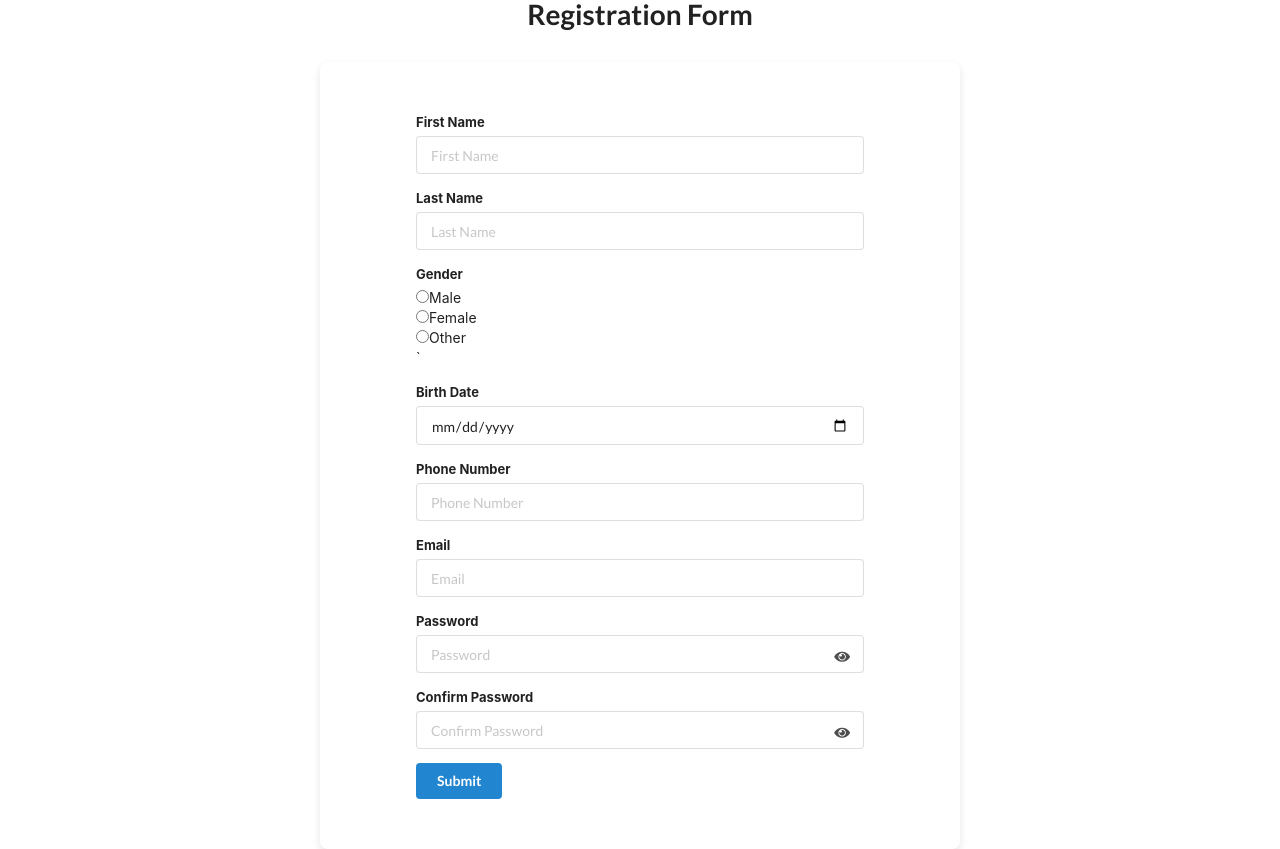
Repository: Wahid137/registration-form
Page: /
These files come from the project's save history. The page is drawn as it stood at one moment and after the next save; the edit follows.
The browser window is 1280 px wide. The pictures show the whole page.
The project was rebuilt for these pictures with package versions that can differ from the ones it lists, and the page was loaded fresh each time. Also part of the build but not shown: src/App.css.

Above is the page before, as saved 2024-05-01 14:07:27.

### src/index.js
import React from 'react';
import ReactDOM from 'react-dom/client';
import 'semantic-ui-css/semantic.min.css';
import App from './App';
import './index.css';
import reportWebVitals from './reportWebVitals';

const root = ReactDOM.createRoot(document.getElementById('root'));
root.render(
  <React.StrictMode>
    <App />
  </React.StrictMode>
);

// If you want to start measuring performance in your app, pass a function
// to log results (for example: reportWebVitals(console.log))
// or send to an analytics endpoint. Learn more: https://bit.ly/CRA-vitals
reportWebVitals();

### src/App.js
import { Header } from 'semantic-ui-react';
import './App.css';
import Register from './components/Register';

function App() {
  return (
    <div className="App">
      <Header as='h1' textAlign='center'>
        Registration Form
      </Header>
      <Register />
    </div>
  );
}

export default App;

### src/components/Register.js
import Joi from "joi";
import moment from "moment";
import React, { useState } from "react";
import { useForm } from "react-hook-form";
import { Button, Container, Form, FormField, Icon } from "semantic-ui-react";

const Register = () => {
    const [showPassword, setShowPassword] = useState(false); // State to toggle password visibility
    const [showConfirmPassword, setShowConfirmPassword] = useState(false); // State to toggle confirm password visibility
    const togglePasswordVisibility = () => setShowPassword(!showPassword);
    const toggleConfirmPasswordVisibility = () => setShowConfirmPassword(!showConfirmPassword);

    // Initialize React Hook Form
    const { register, handleSubmit, formState: { errors }, reset, watch } = useForm();
    const password = watch("password", "");

    // State to hold errors
    const [formErrors, setFormErrors] = useState({});

    // Calculate the minimum birth date (18 years ago from today)
    const minBirthDate = moment().subtract(18, "years").format("YYYY-MM-DD");
    const nameRegex = /^[A-Za-z\s]+$/;
    const phoneRegex = /^[0-9]{10}$/;
    const passwordRegex = /^(?=.*[a-z])(?=.*[A-Z])(?=.*\d)[a-zA-Z\d]{3,30}$/;

    // Joi schema for validation
    const schema = Joi.object({
        firstName: Joi.string().min(2).max(20).pattern(nameRegex).required().messages({
            "string.base": "First name must be a string",
            "string.empty": "Please enter your first name",
            "string.min": "First name must have at least {#limit} characters",
            "string.max": "First name cannot exceed {#limit} characters",
            "string.pattern.base": "First name must contain only alphabets and spaces",
            "any.required": "First name is required",
        }),
        lastName: Joi.string().min(2).max(20).pattern(nameRegex).required().messages({
            "string.base": "Last name must be a string",
            "string.empty": "Please enter your last name",
            "string.min": "Last name must have at least {#limit} characters",
            "string.max": "Last name cannot exceed {#limit} characters",
            "string.pattern.base": "Last name must contain only alphabets and spaces",
            "any.required": "Last name is required",
        }),
        gender: Joi.string().valid('male', 'female', 'other').required().messages({
            "any.required": "Gender is required",
            "any.only": "Please select a valid gender",
        }),
        birthDate: Joi.date()
            .max(minBirthDate) // Set the maximum allowed birth date
            .required()
            .messages({
                "date.base": "Please enter a valid date",
                "date.max": "You must be at least 18 years old",
                "any.required": "Birth date is required",
            }),
        phoneNumber: Joi.string().pattern(phoneRegex).required().messages({
            "string.base": "Phone number must be a string",
            "string.empty": "Please enter your phone number",
            "string.pattern.base": "Phone number must be exactly 10 digits",
            "any.required": "Phone number is required",
        }),
        email: Joi.string().email({ tlds: { allow: false } }).required().messages({
            "string.base": "Email must be a string",
            "string.empty": "Please enter your email",
            "string.email": "Please enter a valid email address",
            "any.required": "Email is required",
        }),
        password: Joi.string().pattern(passwordRegex).required().messages({
            "string.base": "Password must be a string",
            "string.empty": "Please enter your password",
            "string.pattern.base": "Password must be 3 to 30 characters long and contain at least one lowercase letter, one uppercase letter, and one digit",
            "any.required": "Password is required",
        }),
        confirmPassword: Joi.string().valid(password).required().messages({
            "any.required": "Confirm password is required",
            "any.only": "Passwords do not match",

        }),
    });

    const getPasswordErrorMessage = (value) => {
        if (value.length < 3 || value.length > 30) {
            return "Password must be 3 to 30 characters long";
        }
        if (!/[a-z]/.test(value)) {
            return "Password must contain at least one lowercase letter";
        }
        if (!/[A-Z]/.test(value)) {
            return "Password must contain at least one uppercase letter";
        }
        if (!/[0-9]/.test(value)) {
            return "Password must contain at least one digit";
        }
        return "";
    };

    const onSubmit = (data) => {
        // Validate using Joi schema
        const { error } = schema.validate(data, { abortEarly: false });
        if (error) {
            const errorMessage = {};
            error.details.forEach((detail) => {
                errorMessage[detail.path[0]] = detail.message;
            });
            // Additional password validation based on input
            if (data.password) {
                errorMessage.password = getPasswordErrorMessage(data.password);
            }
            setFormErrors(errorMessage); // Set errors in component state
            return; // Exit early if there are errors
        }
        console.log(data);
        reset(); // Reset the form after successful submission
        setFormErrors({}); // Clear all errors after successful submission
    };

    return (
        <Container
            style={{
                marginTop: "30px",
                display: "flex",
                width: "50%",
                justifyContent: "center",
                paddingTop: "50px",
                paddingBottom: "50px",
                boxShadow: "0 4px 8px rgba(0,0,0,0.1)", // Add shadow effect
                borderRadius: "8px", // Add border radius for rounded corners
            }}
        >
            <Form style={{ width: "70%" }} onSubmit={handleSubmit(onSubmit)}>
                <div style={{ marginBottom: "1rem" }}>
                    <FormField error={formErrors.firstName !== undefined}>
                        <label>First Name</label>
                        <input
                            placeholder="First Name"
                            {...register("firstName")}
                            className={formErrors.firstName ? "error" : ""}
                        />
                        {formErrors.firstName && (
                            <div className="ui pointing red basic label">
                                {formErrors.firstName}
                            </div>
                        )}
                    </FormField>
                </div>
                <div style={{ marginBottom: "1rem" }}>
                    <FormField error={formErrors.lastName !== undefined}>
                        <label>Last Name</label>
                        <input
                            placeholder="Last Name"
                            {...register("lastName")}
                            className={formErrors.lastName ? "error" : ""}
                        />
                        {formErrors.lastName && (
                            <div className="ui pointing red basic label">
                                {formErrors.lastName}
                            </div>
                        )}
                    </FormField>
                </div>
                <div style={{ marginBottom: "1rem" }}>
                    <FormField>
                        <label>Gender</label>
                        <div>
                            <input type="radio" id="male" {...register("gender")} value="male" />
                            <label htmlFor="male">Male</label>
                        </div>
                        <div>
                            <input type="radio" id="female" {...register("gender")} value="female" />
                            <label htmlFor="female">Female</label>
                        </div>
                        <div>
                            <input type="radio" id="other" {...register("gender")} value="other" />
                            <label htmlFor="other">Other</label>
                        </div>`
                        {formErrors.gender && (
                            <div className="ui pointing red basic label">
                                {formErrors.gender}
                            </div>
                        )}
                    </FormField>
                </div>
                <div style={{ marginBottom: "1rem" }}>
                    <FormField error={formErrors.birthDate !== undefined}>
                        <label>Birth Date</label>
                        <input
                            type="date"
                            name="birthDate"
                            {...register("birthDate")}
                            className={formErrors.birthDate ? "error" : ""}
                        />
                        {formErrors.birthDate && (
                            <div className="ui pointing red basic label">
                                {formErrors.birthDate}
                            </div>
                        )}
                    </FormField>
                </div>
                <div style={{ marginBottom: "1rem" }}>
                    <FormField error={formErrors.phoneNumber !== undefined}>
                        <label>Phone Number</label>
                        <input
                            placeholder="Phone Number"
                            {...register("phoneNumber")}
                            className={formErrors.phoneNumber ? "error" : ""}
                        />
                        {formErrors.phoneNumber && (
                            <div className="ui pointing red basic label">
                                {formErrors.phoneNumber}
                            </div>
                        )}
                    </FormField>
                </div>
                {/* <div style={{ marginBottom: "1rem" }}>
                    <FormField error={formErrors.country !== undefined}>
                        <label>Select Country</label>
                        <Select {...register("country")} placeholder="Select Your Country" options={countryOptions} />
                    </FormField>
                </div> */}
                <div style={{ marginBottom: "1rem" }}>
                    <FormField error={formErrors.email !== undefined}>
                        <label>Email</label>
                        <input
                            placeholder="Email"
                            {...register("email")}
                            className={formErrors.email ? "error" : ""}
                        />
                        {formErrors.email && (
                            <div className="ui pointing red basic label">
                                {formErrors.email}
                            </div>
                        )}
                    </FormField>
                </div>
                <div style={{ marginBottom: "1rem" }}>
                    <FormField error={formErrors.password !== undefined}>
                        <label>Password</label>
                        <div className="ui input">
                            <input
                                type={showPassword ? "text" : "password"}
                                placeholder="Password"
                                {...register("password")}
                                className={formErrors.password ? "error" : ""}
                            />
                            <Icon
                                name={showPassword ? "eye slash" : "eye"}
                                link
                                onClick={togglePasswordVisibility}
                                style={{ cursor: "pointer", position: "absolute", right: "10px", top: "50%", transform: "translateY(-50%)" }}
                            />
                        </div>
                        {formErrors.password && (
                            <div className="ui pointing red basic label">
                                {formErrors.password}
                            </div>
                        )}
                    </FormField>
                </div>
                <div style={{ marginBottom: "1rem" }}>
                    <FormField error={formErrors.confirmPassword !== undefined}>
                        <label>Confirm Password</label>
                        <div className="ui input">
                            <input
                                type={showConfirmPassword ? "text" : "password"}
                                placeholder="Confirm Password"
                                {...register("confirmPassword")}
                                className={formErrors.confirmPassword ? "error" : ""}
                            />
                            <Icon
                                name={showConfirmPassword ? "eye slash" : "eye"}
                                link
                                onClick={toggleConfirmPasswordVisibility}
                                style={{ cursor: "pointer", position: "absolute", right: "10px", top: "50%", transform: "translateY(-50%)" }}
                            />
                        </div>
                        {formErrors.confirmPassword && (
                            <div className="ui pointing red basic label">
                                {formErrors.confirmPassword}
                            </div>
                        )}
                    </FormField>
                </div>
                <Button type="submit" color="blue">
                    Submit
                </Button>
            </Form>
        </Container>
    );
};

export default Register;

Loaded but not shown: public/index.html (common file); src/index.css (common file); src/reportWebVitals.js (common file)

After the next save:
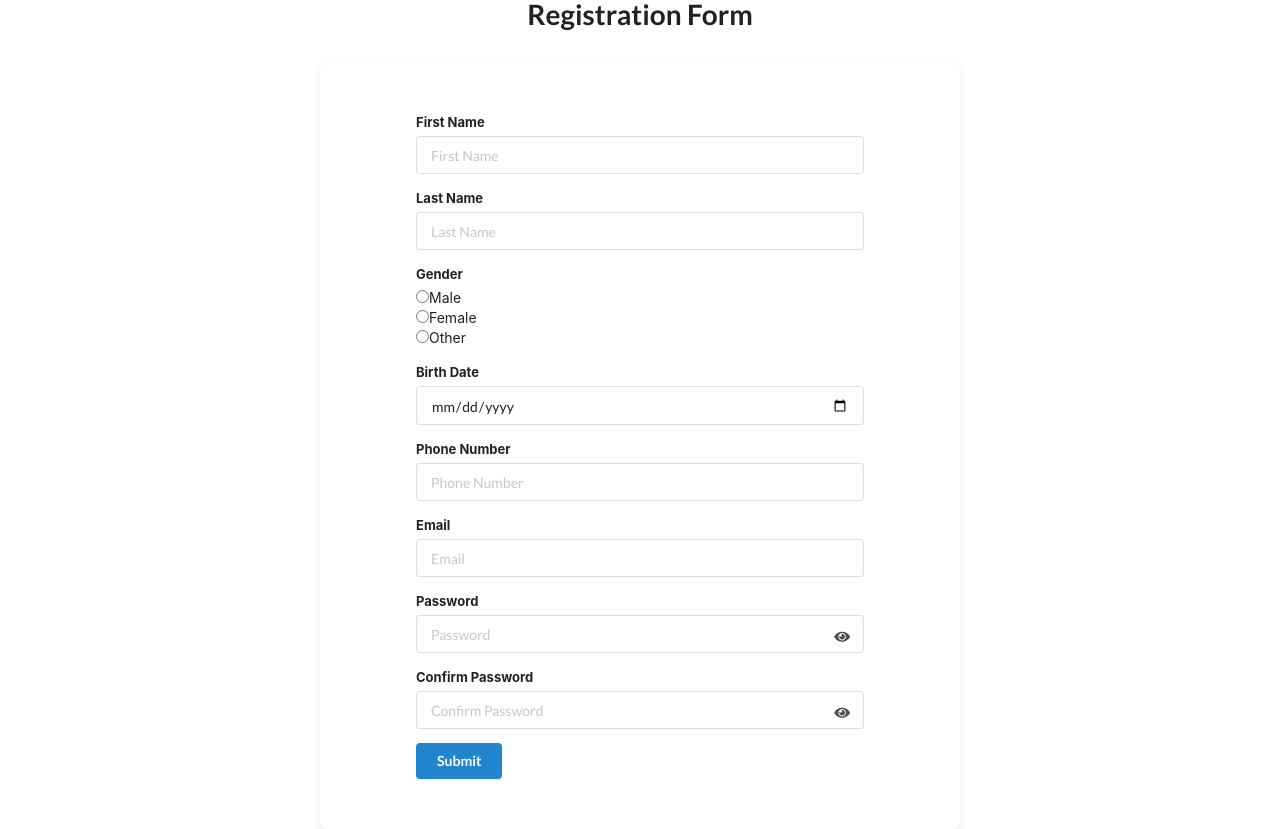
Saved 12 s later.
--- a/src/components/Register.js
+++ b/src/components/Register.js
@@ -172,7 +172,7 @@ const Register = () => {
                         <div>
                             <input type="radio" id="other" {...register("gender")} value="other" />
                             <label htmlFor="other">Other</label>
-                        </div>`
+                        </div>
                         {formErrors.gender && (
                             <div className="ui pointing red basic label">
                                 {formErrors.gender}
